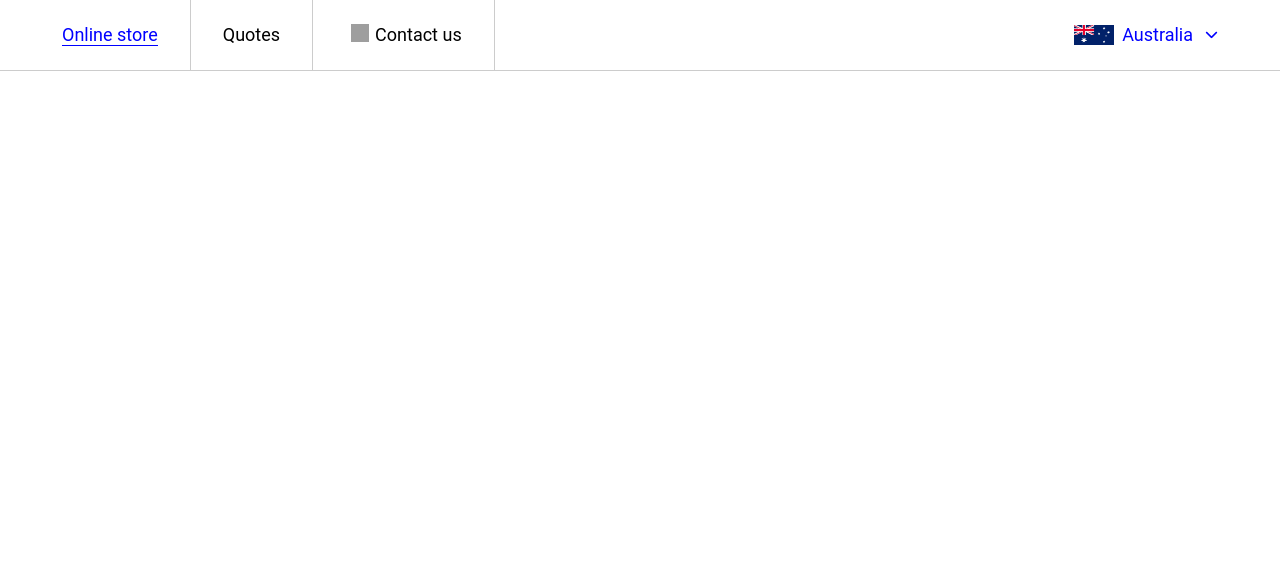
Repository: NguyenMinhKhanhB1909929/Practice_HTML-01
Page: index.html
An editor plug-in stored every save of this project. The page is shown before and after the next save, followed by the edit.
The browser window is 1280 px wide. The pictures show the whole page.
Pictures or frames that could not be fetched are drawn as grey boxes. Some web libraries are served in a nearby version.

Above is the page before, as saved 2022-04-07 19:08:08.

### index.html
<!DOCTYPE html>
<html lang="en">
  <head>
    <meta charset="UTF-8" />
    <meta http-equiv="X-UA-Compatible" content="IE=edge" />
    <meta name="viewport" content="width=device-width, initial-scale=1.0" />
    <title>Practice 1</title>
    <link rel="stylesheet" href="./asset/style/style.css" />
    <link
      rel="stylesheet"
      href="https://cdnjs.cloudflare.com/ajax/libs/font-awesome/6.1.1/css/all.min.css"
    />
  </head>
  <body>
    <div class="main">
      <div class="header">
        <div class="header__about">
          <div class="header__about-text">
            <a href="" class="active">Online store</a>
          </div>
          <div class="header__about-text">
            <a href="">Quotes</a>
          </div>
          <div class="header__about-text">
            <img
              src="https://emojipedia-us.s3.dualstack.us-west-1.amazonaws.com/thumbs/120/google/313/waving-hand_1f44b.png"
              alt=""
              class="header__about-text__img"
            />
            <p class="m-0">
              <a href="">Contact us</a>
            </p>
          </div>
        </div>
        <div class="header__nation">
          <div class="header__nation-wrap">
            <div class="header__nation-flag">
              <img
                src="./asset/img/Australia.svg.webp"
                alt="abc"
                class="header__nation-flag-img"
              />
            </div>
            <div class="header__nation-name">
              <p class="m-0">Australia</p>
            </div>
            <div class="header__nation-icon">
              <i class="fa-solid fa-chevron-down"></i>
            </div>
          </div>
        </div>
      </div>
      <!-- <nav class="nav">
        <div class="nav__category">
          <div class="nav__logo">
            <a href="" class="nav__logo-link">inke.</a>
          </div>

          <div class="nav__category-opt">
            <p class="nav__category-opt-name">Shop</p>
            <div class="nav__category-opt-icon">
              <i class="fa-solid fa-chevron-down"></i>
            </div>
          </div>

          <div class="nav__category-opt">
            <p class="nav__category-opt-name">Resources</p>
            <div class="nav__category-opt-icon">
              <i class="fa-solid fa-chevron-down"></i>
            </div>
          </div>
          <div class="nav__category-opt active-btn">
            <p class="nav__category-opt-name">Sustainability</p>
            <div class="nav__category-opt-icon">
              <i class="fa-solid fa-chevron-down"></i>
            </div>
          </div>
        </div>
        <div class="nav__wrap">
          <div class="nav__icon-wrap">
            <div class="nav__icon">
              <img
                src="./asset/img/seven-pointed-star-vector-icon-seven-pointed-star-icon-vector-seven-pointed-star-icon-seven-pointed-star-vector-icon-96183751.jpg"
                alt=""
                class="nav__icon-img"
              />
            </div>
            <div class="nav__icon">
              <img
                src="./asset/img/heart-icon-free-vector.jpg"
                alt=""
                class="nav__icon-img"
              />
            </div>
            <div class="nav__icon active-icon">
              <img
                src="./asset/img/cart-icon-20.jpg"
                alt=""
                class="nav__icon-img"
              />
            </div>
          </div>
          <div class="nav__dash-wrap">
            <div class="nav__das-group">
              <p class="m-0 nav__das-text">Dashboard</p>
              <div class="nav__dash-icon">
                <i class="fa-solid fa-chevron-down"></i>
              </div>
            </div>
            <div class="nav__dash-user">
              <img
                src="./asset/img/images.png"
                alt=""
                class="nav__dash-user-img"
              />
            </div>
          </div>
        </div>
      </nav> -->
      <!-- <div class="container">
        <div class="row">
          <div class="col">
            <div class="container__heading">
              <p class="m-0 container__heading-name">Framework</p>
            </div>
            <div class="container__content">
              <img
                src="./asset/img/image 1.PNG"
                alt=""
                class="container__content-img"
              />
              <p class="container__content-desc">
                Get started with 5 options from just $25* refunded when you
                place a full order with us
              </p>
            </div>
            <button class="btn"></button>
          </div>
          <div class="col">
            <div class="container__heading">
              <p class="m-0 container__heading-name">Eco-Badges</p>
            </div>
            <div class="container__content">
              <img
                src="./asset/img/image2.PNG"
                alt=""
                class="container__content-img"
              />
              <p class="container__content-desc">
                Get started with 5 options from just $25* refunded when you
                place a full order with us
              </p>
            </div>
            <button class="btn"></button>
          </div>
          <div class="col">
            <div class="container__heading">
              <p class="m-0 container__heading-name">Contributions</p>
            </div>
            <div class="container__content">
              <img
                src="./asset/img/image3.PNG"
                alt=""
                class="container__content-img"
              />
              <p class="container__content-desc">
                Get started with 5 options from just $25* refunded when you
                place a full order with us
              </p>
            </div>
            <button class="btn"></button>
          </div>
          <div class="col">
            <div class="container__heading">
              <p class="m-0 container__heading-name">Learn</p>
            </div>
            <div class="container__content">
              <div class="container__content-group">
                <div class="container__content-group-img">
                  <img
                    src="./asset/img/image4.PNG"
                    alt=""
                    class="content-img"
                  />
                </div>
                <div class="container__content-group-title-more">
                  <div class="container__content-title-group">
                    <p class="container__content-title">Title of blog</p>
                    <a class="container__content-title-btn">New</a>
                  </div>
                  <a href="" class="container__content-more">See more</a>
                </div>
              </div>
              <div class="container__content-group">
                <div class="container__content-group-img">
                  <img
                    src="./asset/img/image6.PNG"
                    alt=""
                    class="content-img"
                  />
                </div>
                <div class="container__content-group-title-more">
                  <p class="container__content-title">Title of blog</p>
                  <a href="" class="container__content-more">See more</a>
                </div>
              </div>
              <div class="container__content-group">
                <div class="container__content-group-img">
                  <img
                    src="./asset/img/image7.PNG"
                    alt=""
                    class="content-img"
                  />
                </div>
                <div class="container__content-group-title-more">
                  <p class="container__content-title">Title of blog</p>
                  <a href="" class="container__content-more">See more</a>
                </div>
              </div>
            </div>
          </div>
        </div>
      </div> -->
    </div>
  </body>
</html>

### asset/style/style.css
* {
  box-sizing: border-box;
  margin: 0;
  font-family: "Roboto", sans-serif;
}
.m-0 {
  margin: 0;
}
.main {
  width: 100%;
}
.header {
  padding: 0 30px;
  display: flex;
  font-size: 18px;
  justify-content: space-between;
  border-bottom: 1px solid #ccc;
}
.header__about {
  display: flex;
}
.header__about-text {
  padding: 24px 32px;
  display: flex;
  border-right: 1px solid #ccc;
}
.header__about-text:hover a {
  color: blue;
  cursor: pointer;
}
.header__about-text__img {
  width: 18px;
  height: 18px;
  display: flex;
  align-items: center;
  margin: 0 6px;
}
.header__nation-wrap {
  display: flex;
}
.header__nation-flag {
  display: flex;
  align-items: center;
}
.header__nation-flag-img {
  width: 40px;
}
.header__nation-name {
  padding: 24px 8px;
}
.header__nation-icon {
  display: flex;
  align-items: center;
  margin: 0 32px 0 4px;
  font-size: 13px;
}
.active {
  color: blue;
  border-bottom: 1px solid blue;
}
a {
  text-decoration: none;
  color: #000;
}

.nav {
  padding: 30px 62px;
  display: flex;
  font-size: 18px;
  justify-content: space-between;
  align-items: center;
  border-bottom: 1px solid #ccc;
}
.nav__category {
  display: flex;
  align-items: center;
}
.nav__logo {
  padding: 0 24px;
}
.nav__logo-link {
  font-size: 42px;
  font-weight: bold;
}
.nav__wrap {
  display: flex;
  align-items: center;
}
.nav__icon-wrap {
  display: flex;
  padding-right: 20px;
  position: relative;
  align-items: center;
  position: relative;
}

.nav__icon {
  width: 36px;
  height: 36px;
  border-radius: 100rem;
  border: 2px solid #ccc;
  display: flex;
  justify-content: center;
  align-items: center;
  margin-right: 8px;
}
.active-icon {
  border: 2px solid #552ef5;
  position: relative;
}
.active-icon::after {
  content: "";
  display: block;
  width: 10px;
  height: 10px;
  background-color: #552ef5;
  position: absolute;
  border-radius: 100rem;
  top: -3px;
  right: 1px;
}
.nav__icon-wrap::after {
  content: "";
  position: absolute;
  display: block;
  height: 34px;
  width: 1px;
  background-color: #ccc;
  right: 0;
  top: 50%;
  transform: translateY(-50%);
}
.nav__dash-wrap {
  display: flex;
  align-items: center;
}
.nav__das-text {
  margin-left: 28px;
}
.nav__dash-icon {
  font-size: 13px;
  margin: 0 12px;
}

.nav__category-opt {
  width: 140px;
  height: 40px;
  border-radius: 6px;
  border: none;
  background-color: #f0f0f0;
  margin-left: 12px;
  padding: 0 12px;
  display: flex;
  align-items: center;
  justify-content: space-between;
  font-size: 16px;
  font-weight: 500;
}
.nav__category-opt:hover {
  background-color: #eae5ff;
}
.nav__category-opt-icon {
  font-size: 13px;
  font-weight: bold;
}
.nav__dash-user {
  margin-left: 8px;
}
.nav__dash-user-img {
  width: 36px;
  border-radius: 100rem;
  height: 36px;
}
.nav__icon-img {
  width: 28px;
  height: 28px;
  border-radius: 100rem;
}
.active-btn {
  background-color: #eae5ff;
}
.container {
  margin: 0 120px;
  padding: 50px 0 0 0;
}
.row {
  display: flex;
}
.col {
  width: 25%;
  padding: 0 12px;
}
.container__heading {
}

.container__heading-name {
  font-size: 22px;
  font-weight: 600;
}
.container__content {
  margin-top: 24px;
}
.container__content-img {
  width: 100%;
  border-radius: 6px;
  margin-bottom: 18px;
}
.container__content-desc {
  font-size: 13px;
  line-height: 18px;
}
.btn {
  height: 34px;
  width: 96px;
  background-color: #e4e4e4;
  border: none;
  border-radius: 6px;
  margin-top: 24px;
}
.container__content-group {
  display: flex;
  margin-bottom: 20px;
}
.container__content-group-img {
  margin-right: 20px;
}
.content-img {
  height: 72px;
  width: 124px;
  border-radius: 6px;
}
.container__content-group-title-more {
  display: flex;
  flex-direction: column;
  justify-content: space-evenly;
}
.container__content-title-group {
  display: flex;
}
.container__content-title {
  font-size: 18px;
  font-weight: 600;
  color: #4d4488;
  margin-right: 10px;
}
.container__content-title-btn {
  font-size: 10px;
  background-color: #ddf3d9;
  width: 44px;
  height: 20px;
  border-radius: 3px;
  text-align: center;
  line-height: 20px;
  color: #84aa90;
}
.container__content-more {
  font-size: 16px;
  color: #b5b5b5;
  text-decoration: underline;
}
.nav__das-group {
  display: flex;
  align-items: center;
}

/* ---------------------Responsive------------------- */
/* PC */
@media screen and (min-width: 64em) {
  * {
    color: blue;
  }
}
/* Tablet */
@media screen and (min-width: 46.25em) and (max-width: 63.9375em) {
  /* Header */
  .header {
    padding: 0 0;
  }
  /* Nav */
  .nav {
    padding-left: 0;
    padding-right: 0;
  }
  .nav__das-group {
    display: none;
  }
  .nav__category-opt {
    width: auto;
  }
  .nav__category-opt-name {
    margin-right: 8px;
  }
  .nav__dash-user {
    margin-left: 24px;
    margin-right: 20px;
  }
  /* Container */
  /* .container {
    margin: 0 10px;
  } */
  /* .row {
    flex-wrap: wrap;
  } */
  /* .col {
    width: 50%;
    padding: 0;
  } */
}

/* Mobile */
@media screen and (max-width: 46.1875em) {
  * {
    color: red;
  }
}

After the next save:
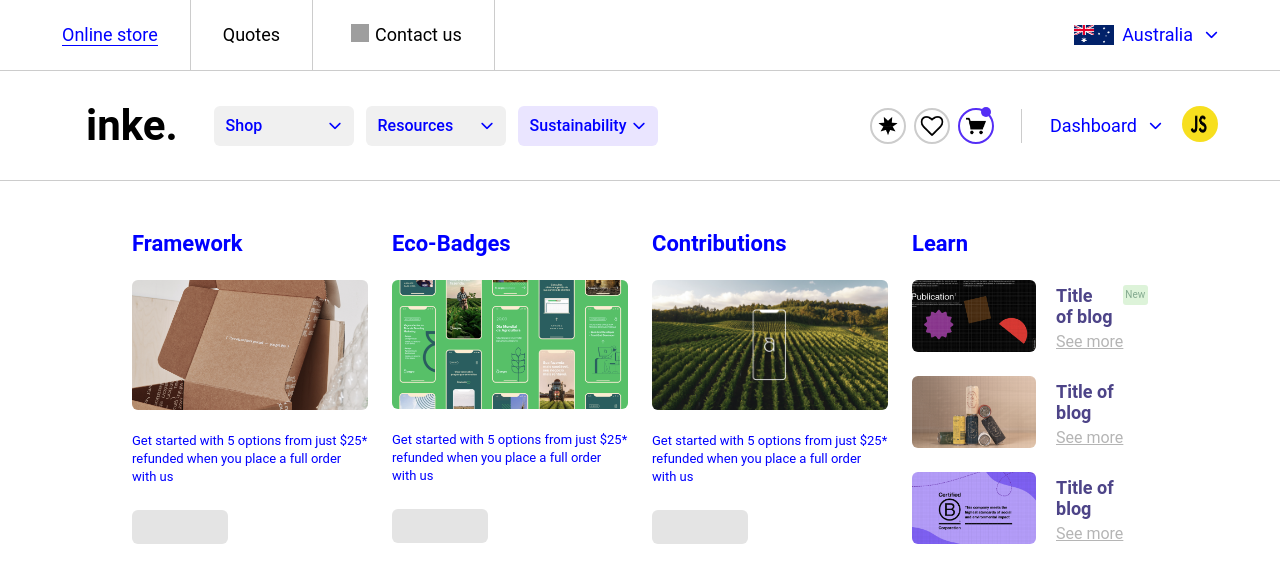
Saved 2 min 1 s later.
--- a/index.html
+++ b/index.html
@@ -50,7 +50,7 @@
           </div>
         </div>
       </div>
-      <!-- <nav class="nav">
+      <nav class="nav">
         <div class="nav__category">
           <div class="nav__logo">
             <a href="" class="nav__logo-link">inke.</a>
@@ -116,8 +116,8 @@
             </div>
           </div>
         </div>
-      </nav> -->
-      <!-- <div class="container">
+      </nav>
+      <div class="container">
         <div class="row">
           <div class="col">
             <div class="container__heading">
@@ -220,7 +220,7 @@
             </div>
           </div>
         </div>
-      </div> -->
+      </div>
     </div>
   </body>
 </html>
